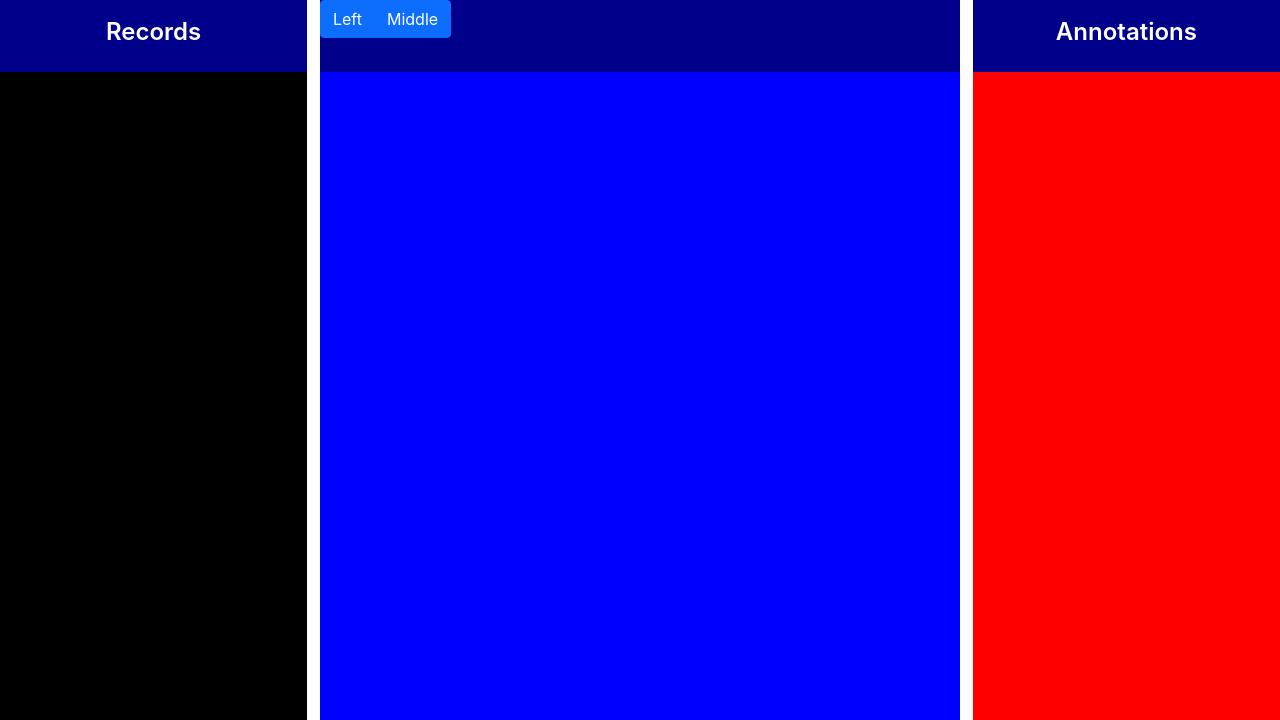
Repository: napan24/classforma_assignment
Page: / (app in client/)
These files come from the project's save history. The page is drawn as it stood at one moment and after a run of saves; the edit follows.
The browser window is 1280 px wide. The pictures show the whole page.
The project was rebuilt for these pictures with package versions that can differ from the ones it lists, and the page was loaded fresh each time. Also part of the build but not shown: client/src/App.css.

Above is the page before, as saved 2022-07-19 17:01:32.

After the next 3 saves:
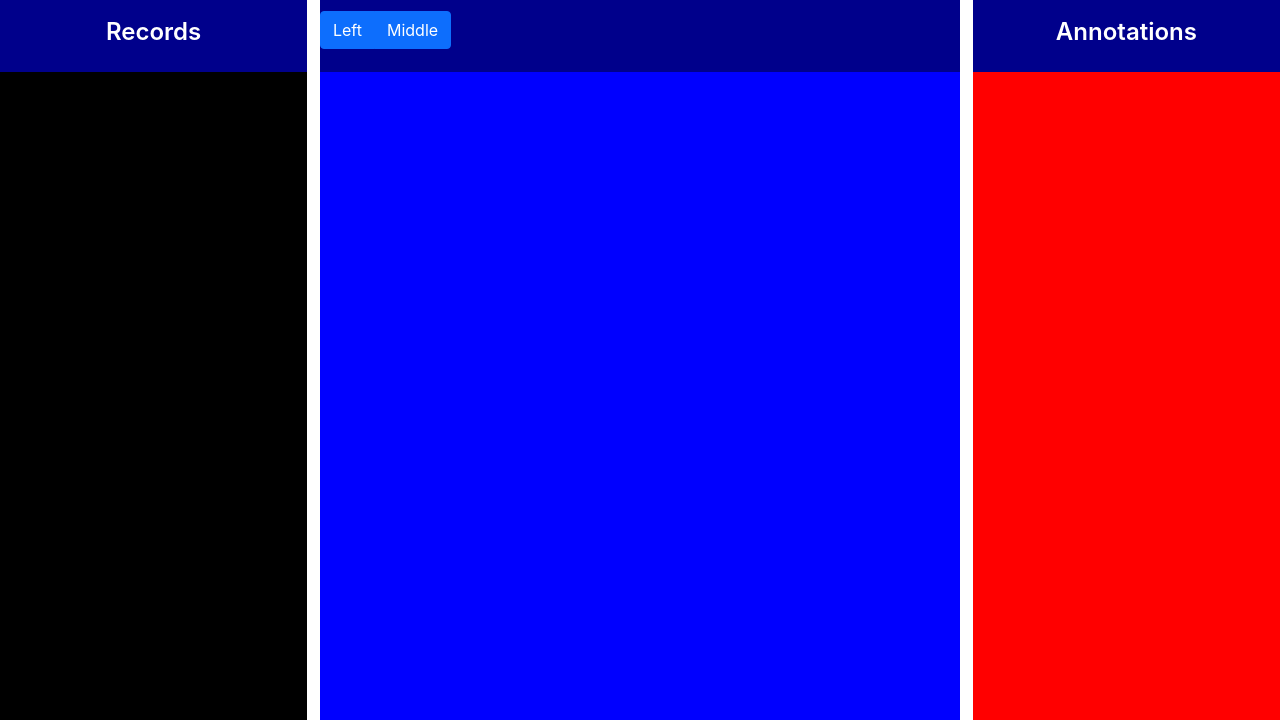
The 3 saves are shown as one change because they came seconds apart.
The last was saved 12 s later.
--- a/client/src/Home.js
+++ b/client/src/Home.js
@@ -16,7 +16,7 @@ const Home = () => {
                 </div>
                 <div style={{ width: "50vw", height: "100vh", backgroundColor: "blue", marginRight: "1vw" }}>
                     <div style={{ width: "50vw", height: "10vh", backgroundColor: "#00008b" }}>
-                        <div class="btn-group" role="group" aria-label="Basic example" style={{}}>
+                        <div class="btn-group" role="group" aria-label="Basic example" style={{marginTop:"1.5vh"}}>
                             <button type="button" class="btn btn-primary">Left</button>
                             <button type="button" class="btn btn-primary">Middle</button>
                         </div>
